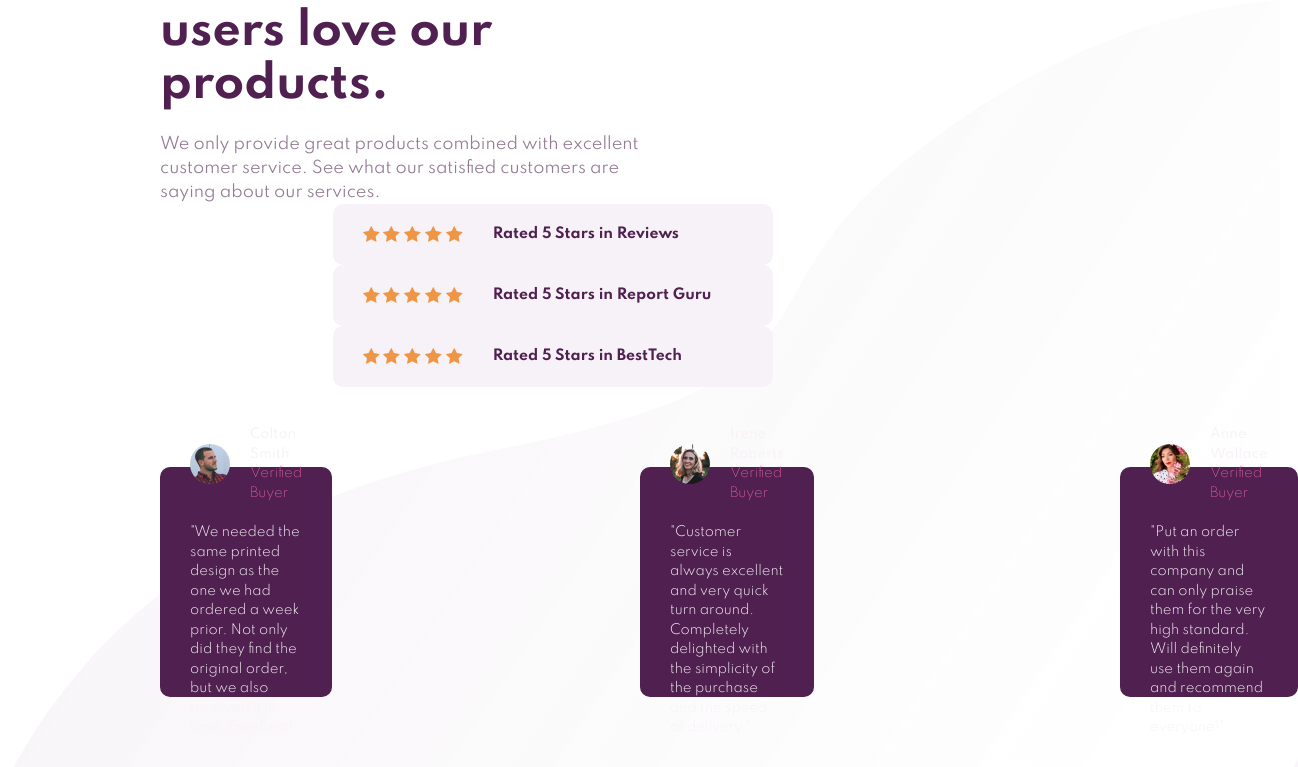
Repository: metehankasapp/social-proof-section-master
Page: index.html
The author's editor kept a copy of each file at every save. The page is drawn from the files as they stood at one save, then again after a run of saves.
The browser window is 1280 px wide. The page is 1298 px wide, then 1280 px, so the pictures cover 1298 px, including what lies to the right of the window. The pictures show the whole page.
Some web libraries are served in a nearby version.

Above is the page before, as saved 2021-12-05 08:49:38.

After the next 2 saves:
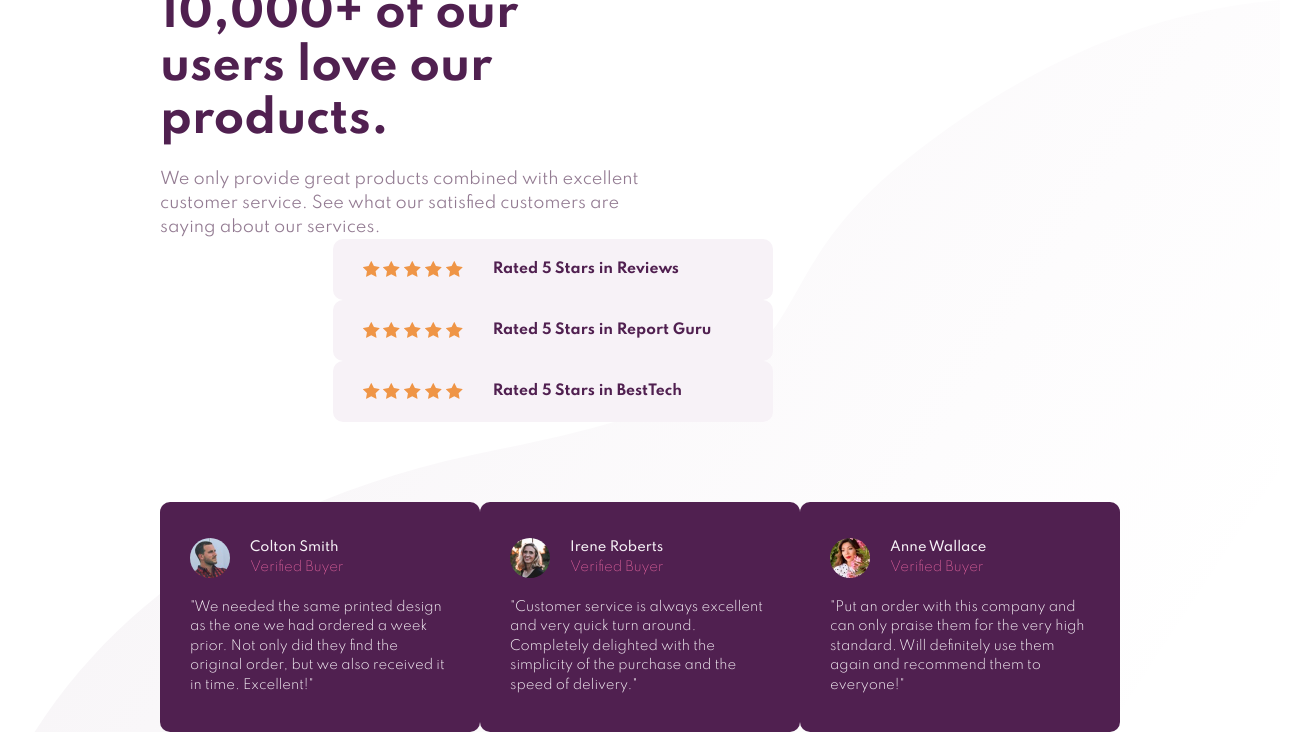
The 2 saves are shown as one change because they came seconds apart.
The last was saved 20 s later.
--- a/style.css
+++ b/style.css
@@ -79,27 +79,7 @@ body {
   flex-direction: column;
 }
 
-.card-ctr {
-  height: 300px;
-  position: relative;
-}
-.card-item:nth-child(1) {
-  position: absolute;
-  top: 0px;
-  left: 0;
-}
 
-.card-item-:nth-child(1) {
-  position: absolute;
-  top: 4rem;
-  left: 0;
-}
-
-.card-item:nth-child(3) {
-  position: absolute;
-  top: 8rem;
-  left: 0;
-}
 
 .card-headerr {
   display: flex;
